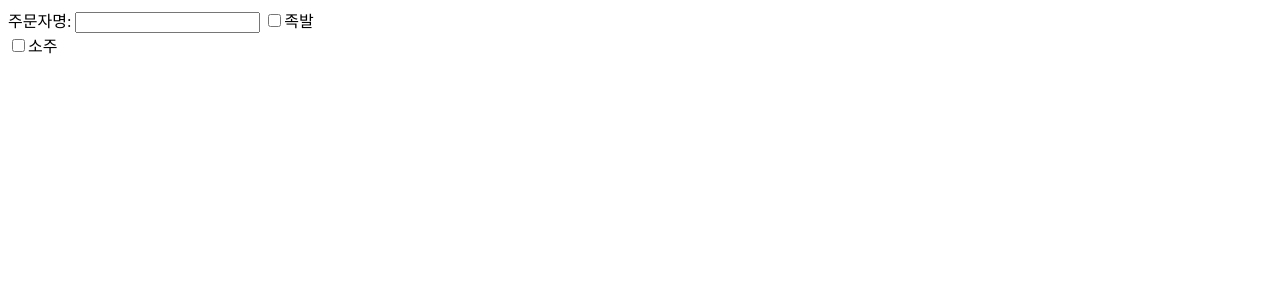
Repository: hwimi/2024-04-12
Page: http://localhost/jstl_study/step-6.jsp
These files come from the project's save history. The page is drawn as it stood at one moment and after the next save; the edit follows.
The browser window is 1280 px wide. The pictures show the whole page.
The page is served by Tomcat 9.

Above is the page before, as saved 2024-04-11 04:14:19.

After the next save:
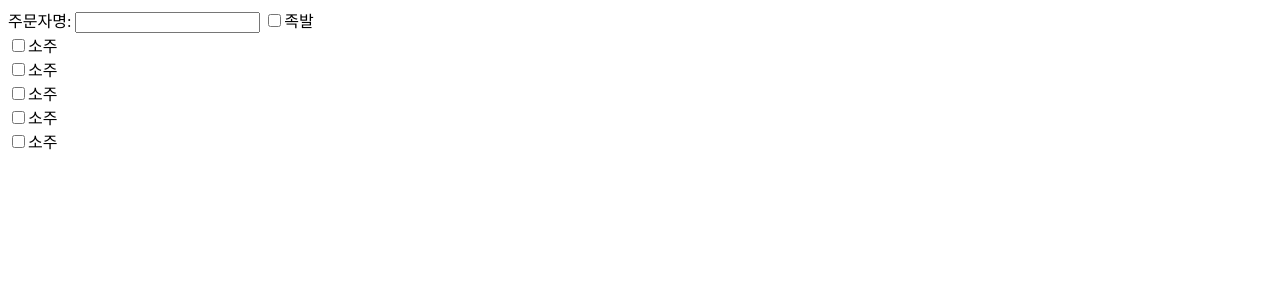
Saved 11 s later.
--- a/jstl_study/src/main/webapp/step-6.jsp
+++ b/jstl_study/src/main/webapp/step-6.jsp
@@ -13,6 +13,10 @@
  	주문자명: <input type="text" name="customer">
  	<input type="checkbox" name="food" value="족발">족발<br>
 	<input type="checkbox" name="food" value="소주">소주<br>
+	<input type="checkbox" name="food" value="소주">소주<br>
+	<input type="checkbox" name="food" value="소주">소주<br>
+	<input type="checkbox" name="food" value="소주">소주<br>
+	<input type="checkbox" name="food" value="소주">소주<br>
  </form>
 </body>
 </html>
